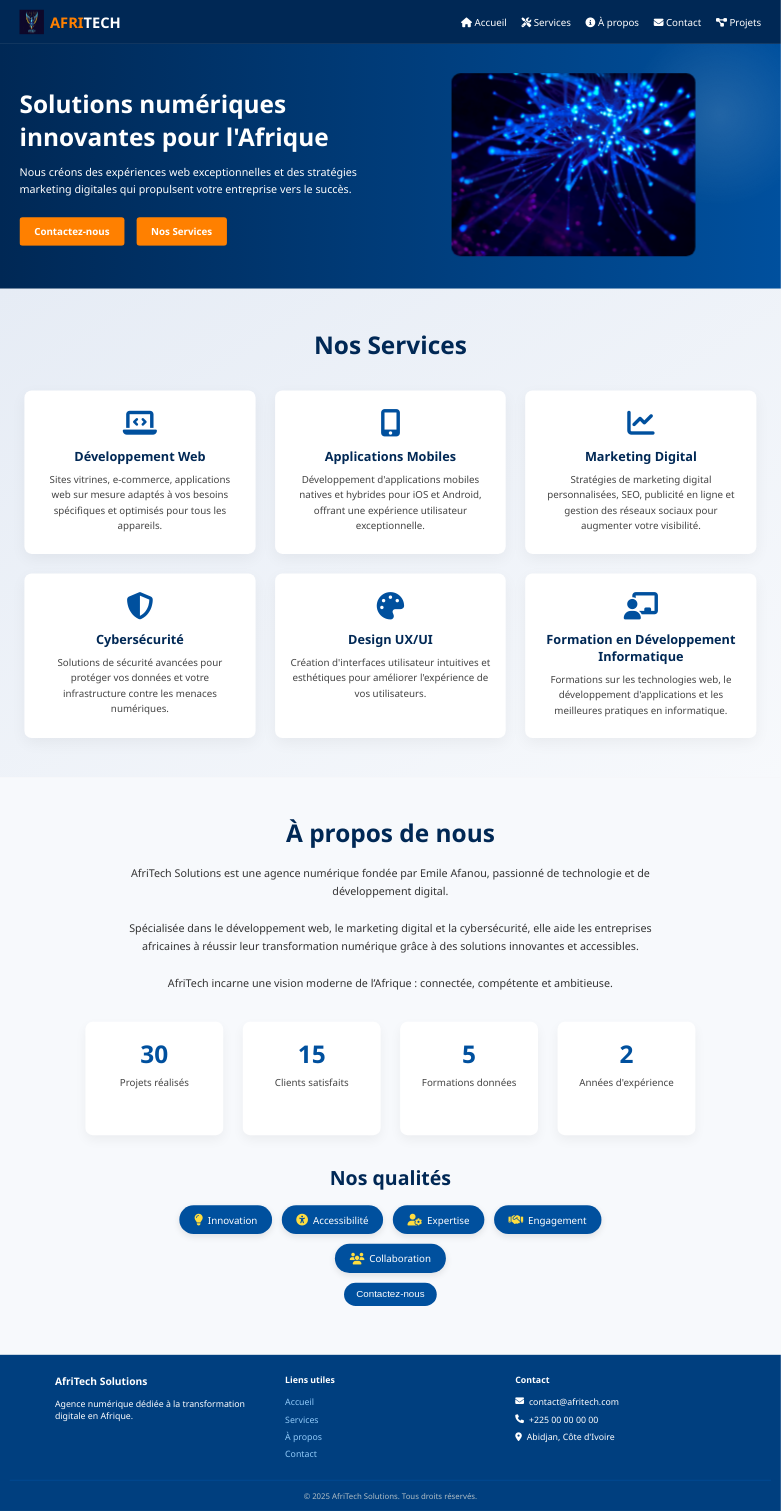
Repository: prestige225/AFRITECH
Page: index.html
These files come from the project's save history. The page is drawn as it stood at one moment and after the next save; the edit follows.
The browser window is 1280 px wide. The pictures show the whole page, at 61% of full size.

Above is the page before, as saved 2025-07-16 03:54:26.

After the next save:
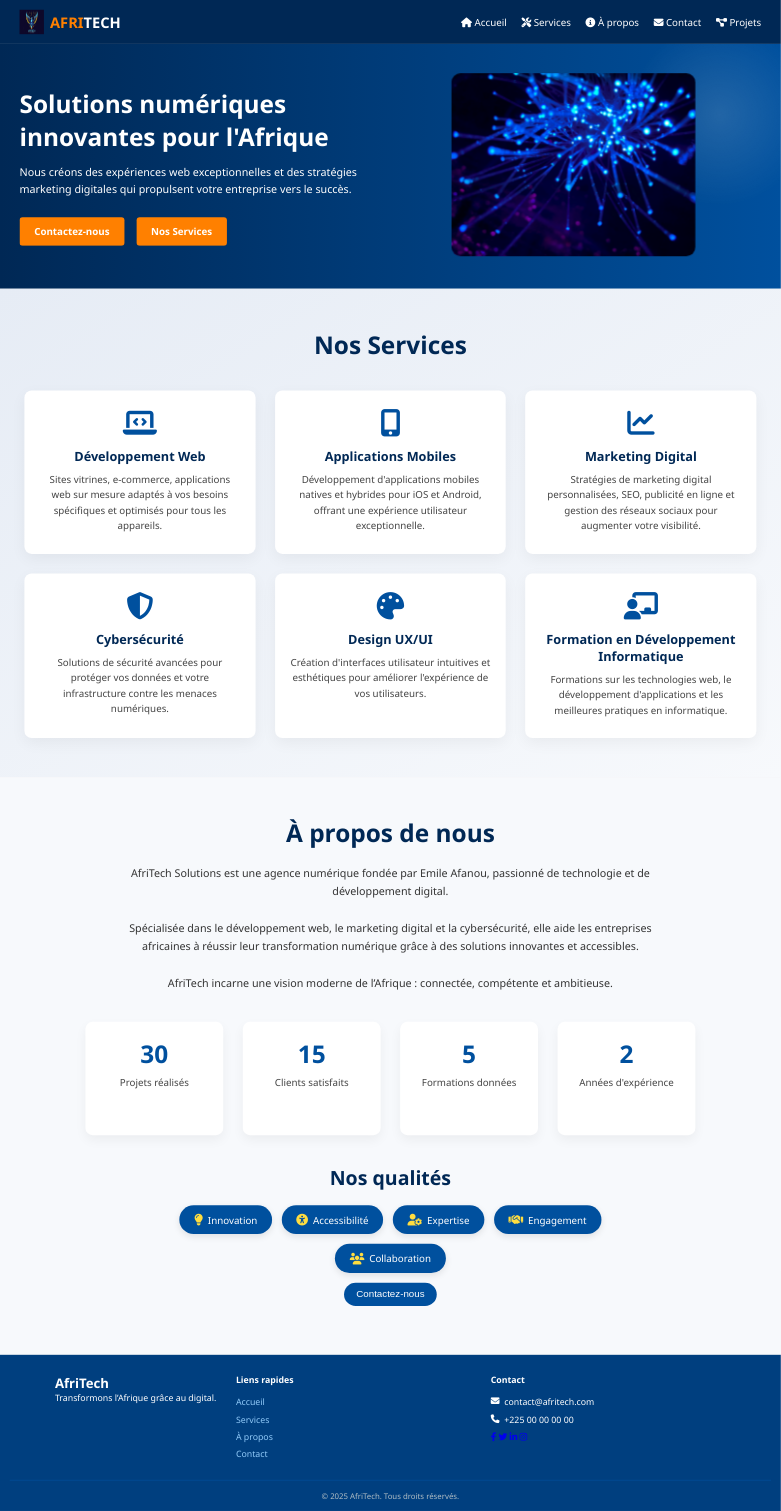
Saved 113 s later.
--- a/index.html
+++ b/index.html
@@ -158,15 +158,14 @@
 
 
 
-<!-- FOOTER -->
-<footer>
+<footer class="footer">
   <div class="footer-container">
-    <div class="footer-about">
-      <h3>AfriTech Solutions</h3>
-      <p>Agence numérique dédiée à la transformation digitale en Afrique.</p>
+    <div class="footer-brand">
+      <h2>AfriTech</h2>
+      <p>Transformons l’Afrique grâce au digital.</p>
     </div>
     <div class="footer-links">
-      <h4>Liens utiles</h4>
+      <h4>Liens rapides</h4>
       <ul>
         <li><a href="#">Accueil</a></li>
         <li><a href="#">Services</a></li>
@@ -178,11 +177,16 @@
       <h4>Contact</h4>
       <p><i class="fas fa-envelope"></i> contact@afritech.com</p>
       <p><i class="fas fa-phone"></i> +225 00 00 00 00</p>
-      <p><i class="fas fa-map-marker-alt"></i> Abidjan, Côte d'Ivoire</p>
+      <div class="social-icons">
+        <a href="#" aria-label="Facebook"><i class="fab fa-facebook-f"></i></a>
+        <a href="#" aria-label="Twitter"><i class="fab fa-twitter"></i></a>
+        <a href="#" aria-label="LinkedIn"><i class="fab fa-linkedin-in"></i></a>
+        <a href="#" aria-label="Instagram"><i class="fab fa-instagram"></i></a>
+      </div>
     </div>
   </div>
   <div class="footer-bottom">
-    <p>© 2025 AfriTech Solutions. Tous droits réservés.</p>
+    <p>© 2025 AfriTech. Tous droits réservés.</p>
   </div>
 </footer>
 
